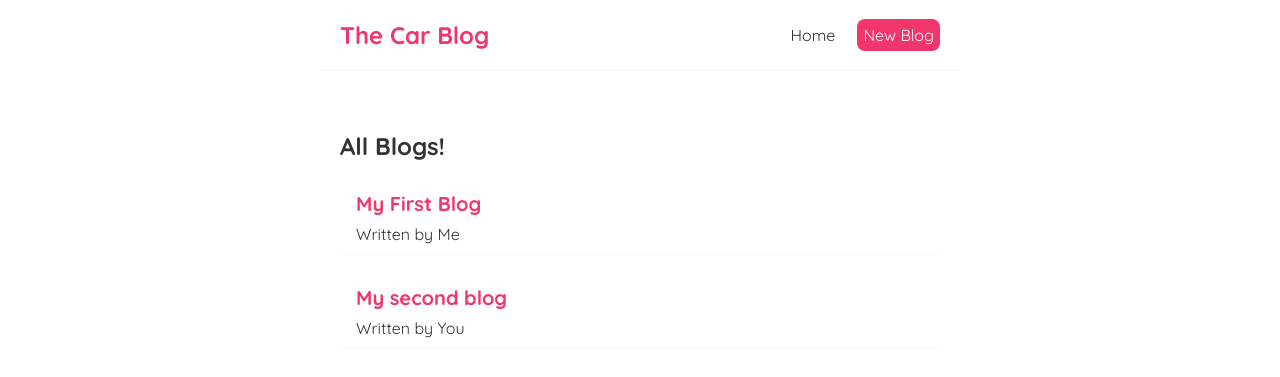
Repository: anuragkej/blogster
Page: /
An editor plug-in stored every save of this project. The page is shown before and after a run of saves, followed by the edit.
The browser window is 1280 px wide. The pictures show the whole page.
The project was rebuilt for these pictures with package versions that can differ from the ones it lists, and the page was loaded fresh each time. Requests to the local data server were answered from the project's data file. Also part of the build but not shown: src/Create.js, src/BlogDetails.js.

Above is the page before, as saved 2024-09-28 02:02:24.

### src/index.css
@import url("https://fonts.googleapis.com/css2?family=Quicksand:wght@300;400;500;600;700&display=swap");

* {
  margin: 0;
  font-family: "Quicksand";
  color: #333;
}
.navbar {
  padding: 20px;
  display: flex;
  align-items: center;
  max-width: 600px;
  margin: 0 auto;
  border-bottom: 1px solid #f2f2f2;
}
.navbar h1 {
  color: #f1356d;
}
.navbar .links {
  margin-left: auto;
}
.navbar a {
  margin-left: 16px;
  text-decoration: none;
  padding: 6px;
}
.navbar a:hover {
  color: #f1356d;
}
.content {
  max-width: 600px;
  margin: 40px auto;
  padding: 20px;
}
/* blog previews / list */
.blog-preview {
  padding: 10px 16px;
  margin: 20px 0;
  border-bottom: 1px solid #fafafa;
}
.blog-preview:hover {
  box-shadow: 1px 3px 5px rgba(0, 0, 0, 0.1);
}
.blog-preview h2 {
  font-size: 20px;
  color: #f1356d;
  margin-bottom: 8px;
}

### src/App.js
import Navbar from "./Navbar";
import Home from "./Home";
import {
  BrowserRouter as Router,
  Route,
  Switch,
} from "react-router-dom/cjs/react-router-dom.min";
import Create from "./Create";
import BlogDetails from "./BlogDetails";
//The router tries to match top down, so as soon as it sees a slash since it matches, itll route to that path
function App() {
  return (
    <Router>
      <div className="App">
        <Navbar></Navbar>
        <div className="content">
          <Switch>
            <Route exact path="/">
              <Home />
            </Route>
            <Route path="/create">
              <Create />
            </Route>
            <Route path="/blogs/:id">
              <BlogDetails />
            </Route>
          </Switch>
        </div>
      </div>
    </Router>
  );
}

export default App;

### src/Navbar.js
const Navbar = () => {
  return (
    <nav className="navbar">
      <h1>The Car Blog</h1>
      <div className="links">
        <a href="/">Home</a>
        <a
          href="/create"
          style={{
            color: "white",
            backgroundColor: "#f1356d",
            borderRadius: "8px",
          }}
        >
          New Blog
        </a>
      </div>
    </nav>
  );
};

export default Navbar;

### src/Home.js
import BlogList from "./BlogList";
import useFetch from "./useFetch";

const Home = () => {
  const {
    data: blogs,
    isPending,
    error,
  } = useFetch("http://localhost:8000/blogs");

  /* fires on initial render, so doesn't matter if code changes */

  return (
    <div className="home">
      {error && <div> {error} </div>}
      {isPending && <div>Loading...</div>}
      {blogs && <BlogList blogs={blogs} title="All Blogs!" />}
    </div>
  );
};

export default Home;

### src/BlogList.js
const BlogList = ({ blogs, title }) => {
  //   const blogs = props.blogs;
  //   const title = props.title;
  //   const handleDelete = props.handleDelete;

  return (
    <div className="blog-list">
      <h2>{title}</h2>
      {blogs.map((blog) => (
        <div className="blog-preview" key={blog.id}>
          <h2>{blog.title}</h2>
          <p>Written by {blog.author}</p>
        </div>
      ))}
    </div>
  );
};

export default BlogList;

### src/useFetch.js
import { useState, useEffect } from "react";

const useFetch = (url) => {
  const [data, setData] = useState(null);
  const [isPending, setIsPending] = useState(true);
  const [error, setError] = useState(null);

  useEffect(() => {
    const abortCont = new AbortController();

    setTimeout(() => {
      fetch(url, { signal: abortCont.signal })
        .then((res) => {
          if (!res.ok) {
            throw Error("Could not fetch the data for that resource");
          }
          return res.json();
        })
        .then((data) => {
          setData(data);
          setIsPending(false);
          setError(null);
        })
        .catch((err) => {
          if (err.name === "AbortError") {
            console.log("fetch aborted");
          } else {
            setIsPending(false);
            setError(err.message);
          }
        }); // catches network error
    }, 1000);

    return () => abortCont.abort();
  }, [url]); // put url as a dependency so that whenevr url changes, it has to reload

  return { data, isPending, error };
};

export default useFetch;

### data/db.json
{
  "blogs": [
    {
      "title": "My First Blog",
      "body": "Sample Body",
      "author": "Me",
      "id": 1
    },
    {
      "title": "My second blog",
      "body": "Another sample",
      "author": "You",
      "id": 2
    }
  ]
}

Loaded but not shown: public/index.html (common file); src/index.js (common file)

After the next 3 saves:
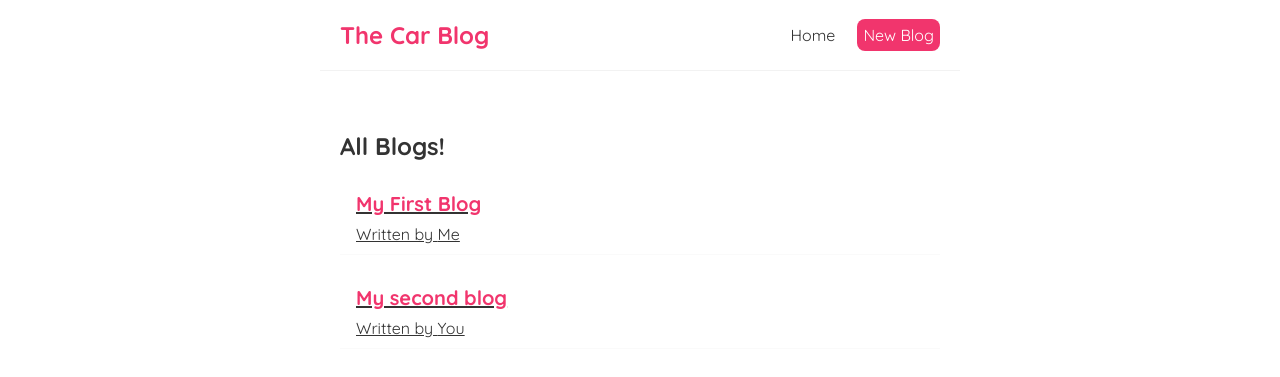
The 3 saves are shown as one change because 2 did not build or start.
The last was saved 9 min 16 s later.
--- a/src/BlogList.js
+++ b/src/BlogList.js
@@ -1,3 +1,5 @@
+import { Link } from "react-router-dom";
+
 const BlogList = ({ blogs, title }) => {
   //   const blogs = props.blogs;
   //   const title = props.title;
@@ -8,8 +10,10 @@ const BlogList = ({ blogs, title }) => {
       <h2>{title}</h2>
       {blogs.map((blog) => (
         <div className="blog-preview" key={blog.id}>
-          <h2>{blog.title}</h2>
-          <p>Written by {blog.author}</p>
+          <Link to={`/blogs/${blog.id}`}>
+            <h2>{blog.title}</h2>
+            <p>Written by {blog.author}</p>
+          </Link>
         </div>
       ))}
     </div>

After the save that followed:
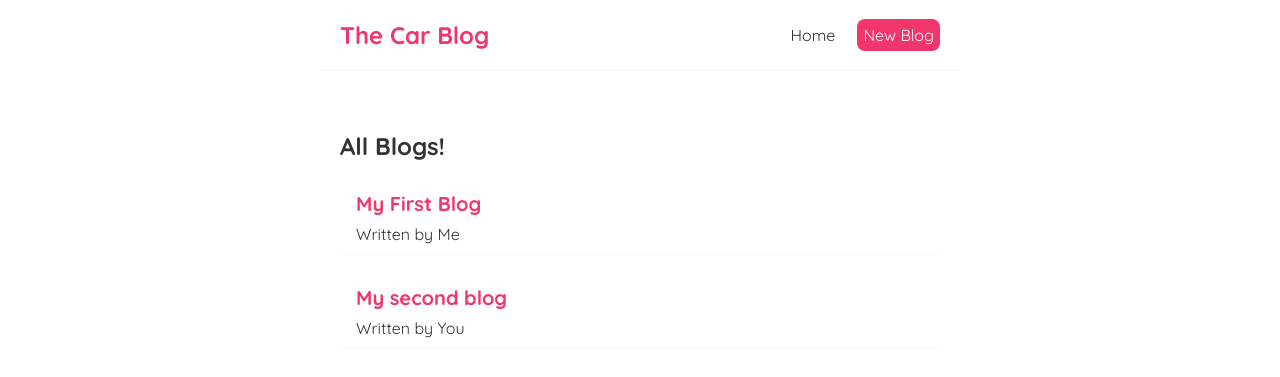
Saved 49 s later.
--- a/src/index.css
+++ b/src/index.css
@@ -46,3 +46,6 @@
   color: #f1356d;
   margin-bottom: 8px;
 }
+.blog-preview a {
+  text-decoration: none;
+}
